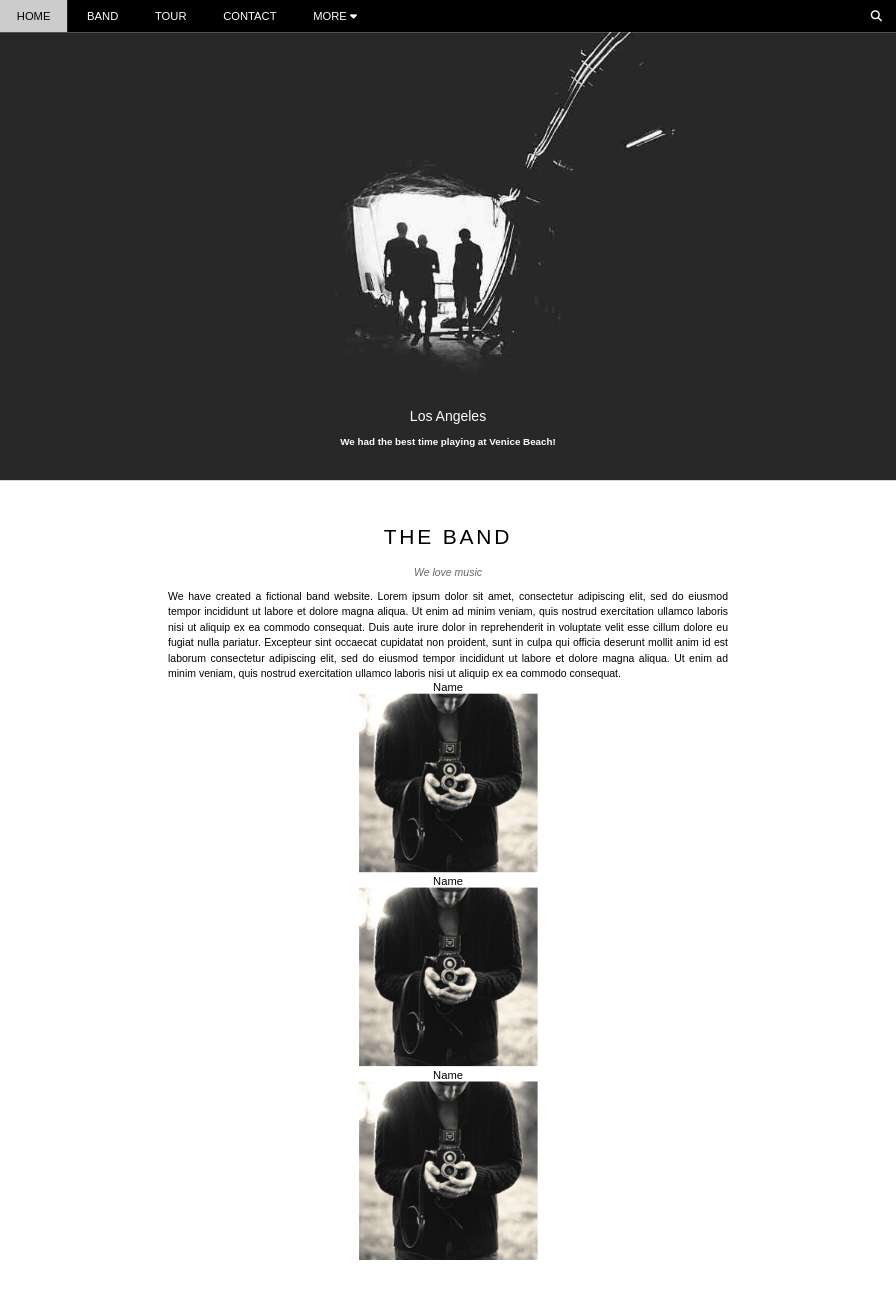
Repository: TranPhucThinh/clone-the-band
Page: index.html
These files come from the project's save history. The page is drawn as it stood at one moment and after the next save; the edit follows.
The browser window is 1280 px wide. The pictures show the whole page, at 70% of full size.
Some web libraries are served in a nearby version.

Above is the page before, as saved 2022-08-04 10:50:38.

### index.html
<!DOCTYPE html>
<html lang="en">

<head>
    <meta charset="UTF-8">
    <meta http-equiv="X-UA-Compatible" content="IE=edge">
    <meta name="viewport" content="width=device-width, initial-scale=1.0">

    <title>The Band</title>

    <link rel="stylesheet" href="./assets/style.css">
    <link rel="stylesheet" href="https://cdnjs.cloudflare.com/ajax/libs/font-awesome/6.1.2/css/all.min.css">
</head>

<body>
    <div id="main">

        <div id="header">
            <ul id="nav">
                <li><a href="">Home</a></li>
                <li><a href="">Band</a></li>
                <li><a href="">Tour</a></li>
                <li><a href="">Contact</a></li>
                <li>
                    <a href="">
                        More
                        <i class="fa-solid fa-caret-down"></i>
                    </a>

                    <ul class="subnav">
                        <li><a href="">Merchandise</a></li>
                        <li><a href="">Extras</a></li>
                        <li><a href="">Media</a></li>
                    </ul>
                </li>
            </ul>

            <div class="search-btn">
                <i class="fa-solid fa-magnifying-glass"></i>
            </div>
        </div>

        <div id="slider">
            <div class="text-slider">
                <div class="slider-heading">Los Angeles</div>
                <div class="slider-title">We had the best time playing at Venice Beach!</div>
            </div>
        </div>

        <div id="content">
            <div class="header-content">
                <p class="title">The band</p>
                <i class="subtitle">We love music</i>
            </div>
            <p class="desc">
                We have created a fictional band website. Lorem ipsum dolor sit amet, consectetur adipiscing elit, sed
                do eiusmod tempor incididunt ut labore et dolore magna aliqua. Ut enim ad minim veniam, quis nostrud
                exercitation ullamco laboris nisi ut aliquip ex ea commodo consequat. Duis aute irure dolor in
                reprehenderit in voluptate velit esse cillum dolore eu fugiat nulla pariatur. Excepteur sint occaecat
                cupidatat non proident, sunt in culpa qui officia deserunt mollit anim id est laborum consectetur
                adipiscing elit, sed do eiusmod tempor incididunt ut labore et dolore magna aliqua. Ut enim ad minim
                veniam, quis nostrud exercitation ullamco laboris nisi ut aliquip ex ea commodo consequat.
            </p>

            <div class="member">
                <div class="member-1">
                    <p>Name</p>
                    <img src="./assets/imgs/bandmember.jpg" alt="">
                </div>
                <div class="member-2">
                    <p>Name</p>
                    <img src="./assets/imgs/bandmember.jpg" alt="">
                </div>
                <div class="member-3">
                    <p>Name</p>
                    <img src="./assets/imgs/bandmember.jpg" alt="">
                </div>
            </div>
        </div>

        <div id="footer">

        </div>

    </div>
</body>

</html>

### assets/style.css
* {
  padding: 0;
  margin: 0;
  box-sizing: border-box;
}

html {
  font-family: Arial, Helvetica, sans-serif;
}

#header {
  height: 46px;
  background-color: #000;
  position: fixed;
  top: 0;
  right: 0;
  left: 0;
  z-index: 1;
}

#nav {
  display: inline-block;
}

#nav > li {
  display: inline-block;
}

#nav li {
  position: relative;
}

#nav > li > a {
  color: #fff;
  text-transform: uppercase;
}

#nav li a {
  line-height: 46px;
  padding: 0 24px;
  display: inline-block;
  text-decoration: none;
}

#nav > li:hover > a,
.subnav li:hover a {
  color: #000;
  background-color: #ccc;
}

#nav .subnav {
  display: none;
  position: absolute;
  background-color: #fff;
  box-shadow: 0 4px 10px 0 rgb(0 0 0 / 20%), 0 4px 20px 0 rgb(0 0 0 / 19%);
}

#nav li:last-child:hover .subnav {
  display: block;
}

#nav li:last-child:hover .fa-caret-down {
  color: #000;
}

#nav .subnav li {
  list-style-type: none;
}

#nav .subnav a {
  color: #000;
  display: block;
  line-height: 40px;
  padding: 0 32px;
}

#header .fa-solid {
  color: #fff;
}

.search-btn {
  float: right;
  line-height: 46px;
  padding: 0 20px;
}

.search-btn:hover {
  background-color: red;
  cursor: pointer;
}

#slider {
  background-color: #fff;
  margin-top: 46px;
  padding-top: 50%;
  background: url('/assets/imgs/la.jpg') top center / cover no-repeat;
  position: relative;
}

#slider .text-slider {
  color: #fff;
  text-align: center;
  position: absolute;
  bottom: 47px;
  left: 50%;
  transform: translate(-50%);
}

#slider .slider-heading {
  font-size: 20px;
  margin-bottom: 16px;
}

#slider .slider-title {
  font-size: 14px;
  font-weight: 700;
}

#content {
  max-width: 800px;
  margin: 64px auto;
  text-align: center;
}

.header-content .title {
  font-size: 30px;
  text-transform: uppercase;
  letter-spacing: 4px;
  margin-bottom: 25px;
}

.header-content .subtitle {
  opacity: 0.6;
  font-size: 15px;
  margin-bottom: 15px;
  display: inline-block;
}

#content .desc {
  text-align: justify;
  font-size: 15px;
  line-height: 22px;
}

After the next save:
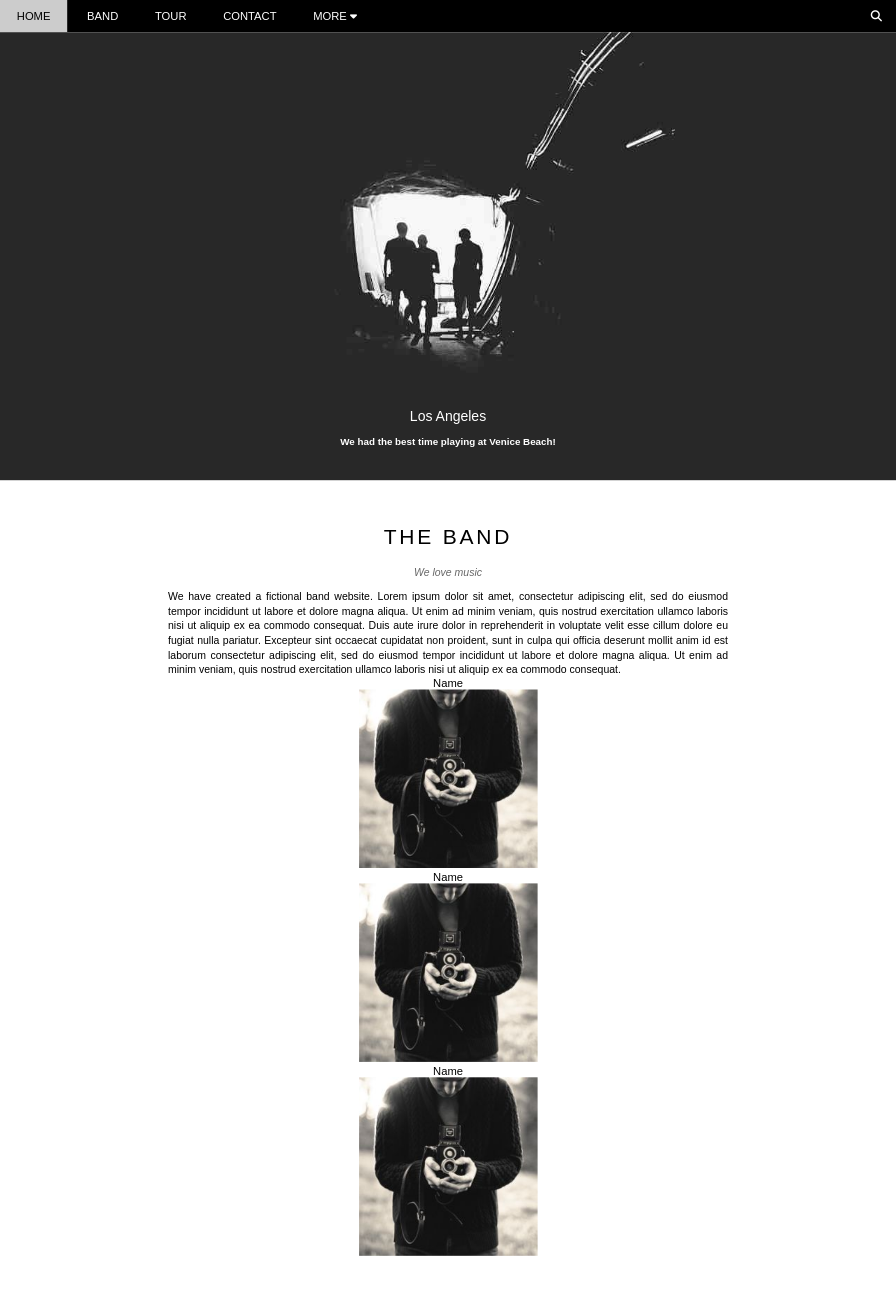
Saved 5 s later.
--- a/assets/style.css
+++ b/assets/style.css
@@ -139,5 +139,5 @@ html {
 #content .desc {
   text-align: justify;
   font-size: 15px;
-  line-height: 22px;
+  line-height: 1.4;
 }
